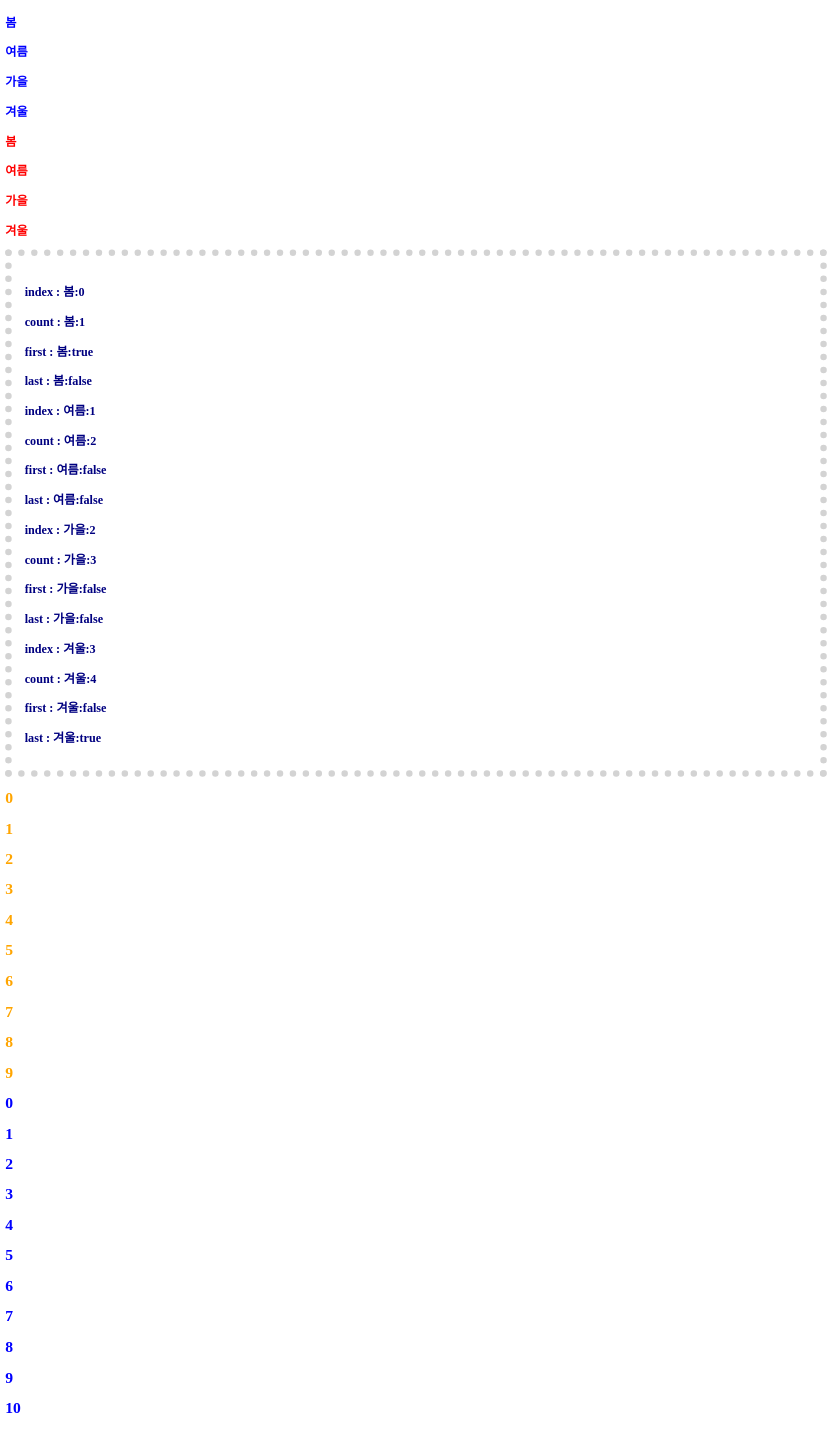
Repository: UnibusK/Java-Study
Page: http://localhost/JSP31/
These files come from the project's save history. The page is drawn as it stood at one moment and after the next save; the edit follows.
The browser window is 1280 px wide. The pictures show the whole page, at 65% of full size.
The page is served by Tomcat 9.

Above is the page before, as saved 2023-12-07 06:22:31.

### JSP/JSP31/src/main/webapp/index.jsp
<%@ page language="java" contentType="text/html; charset=UTF-8"
    pageEncoding="UTF-8"%>
<%@ taglib uri="http://java.sun.com/jsp/jstl/core" prefix="c" %>
<!DOCTYPE html>
<html>
	<head>
		<meta charset="UTF-8">
		<title>JSTL 반복문(for문)</title>
	</head>
	<body>
		<%
			String[] season={"봄", "여름", "가을", "겨울"};
			//일반 for문 방식
			for(int i=0; i<season.length; i++){
				out.print("<h3 style='color:blue';>"+season[i]+"</h3>");
			}

			//향상된 for문(improved for)
			for(String str:season){
				%><h3 style='color:red;'><%=str %></h3><%
			}
			pageContext.setAttribute("arr",season);
		%>
		<!-- varStatus : JSTL forEach가 가동되는 동안 var 변수의 상태를 저장해둔 객체 -->
		<!-- varStatue.index : 0번부터 length-1까지 존재하는 고유 번호 배열번호-->
		<!-- varStatue.count : 반복 횟수를 알려주는 필드, 1부터 시작 -->
		<!-- varStatue.first : 최초의 데이터 인지를 판별, 값은 boolean을 가지고 있음 -->
		<!-- varStatue.last : 최후의 데이터 인지를 판별, 값은 boolean을 갖고 있음 -->
		<c:forEach var="str" items="${arr }" varStatus="iter">
			<c:if test="${iter.first }">
				<div style="border:10px dotted lightgray; padding:20px;">
			</c:if>
			<!-- index -->
			<h3 style='color:navy;'>index : ${str }:${iter.index }</h3>
			<!-- count -->
			<h3 style='color:navy;'>count : ${str }:${iter.count }</h3>
			<!-- first -->
			<h3 style='color:navy;'>first : ${str }:${iter.first }</h3>
			<!-- last -->
			<h3 style='color:navy;'>last : ${str }:${iter.last }</h3>
			<c:if test="${iter.last }">
				</div>
			</c:if>
		</c:forEach>

		<%
			for(int i=0; i<10; i++){
				out.print("<H2 style='color:orange'>"+i+"</h2>");
			}
		%>
		<c:forEach var="i" begin="0" end="10">
			<h2 style='color:blue;'>${i }</h2>
		</c:forEach>
	</body>
</html>

After the next save:
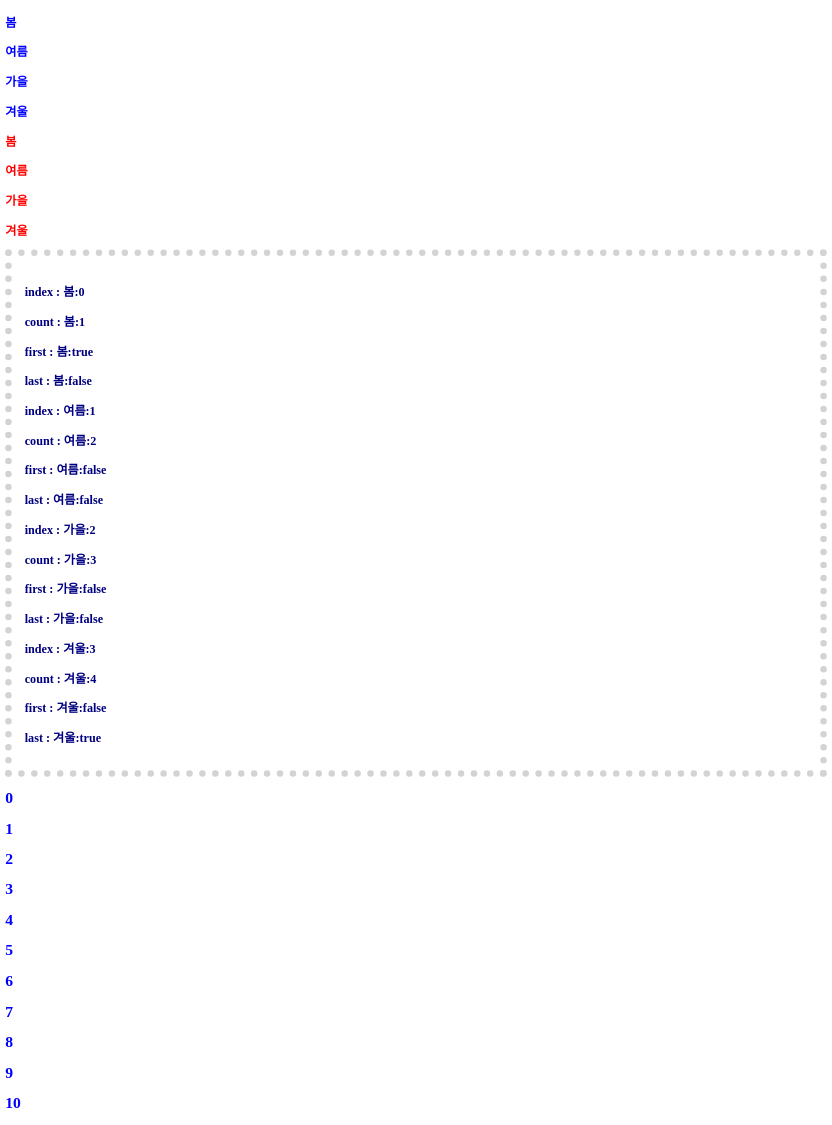
Saved 35 s later.
--- a/JSP/JSP31/src/main/webapp/index.jsp
+++ b/JSP/JSP31/src/main/webapp/index.jsp
@@ -44,9 +44,7 @@
 		</c:forEach>
 
 		<%
-			for(int i=0; i<10; i++){
-				out.print("<H2 style='color:orange'>"+i+"</h2>");
-			}
+
 		%>
 		<c:forEach var="i" begin="0" end="10">
 			<h2 style='color:blue;'>${i }</h2>

After the save that followed:
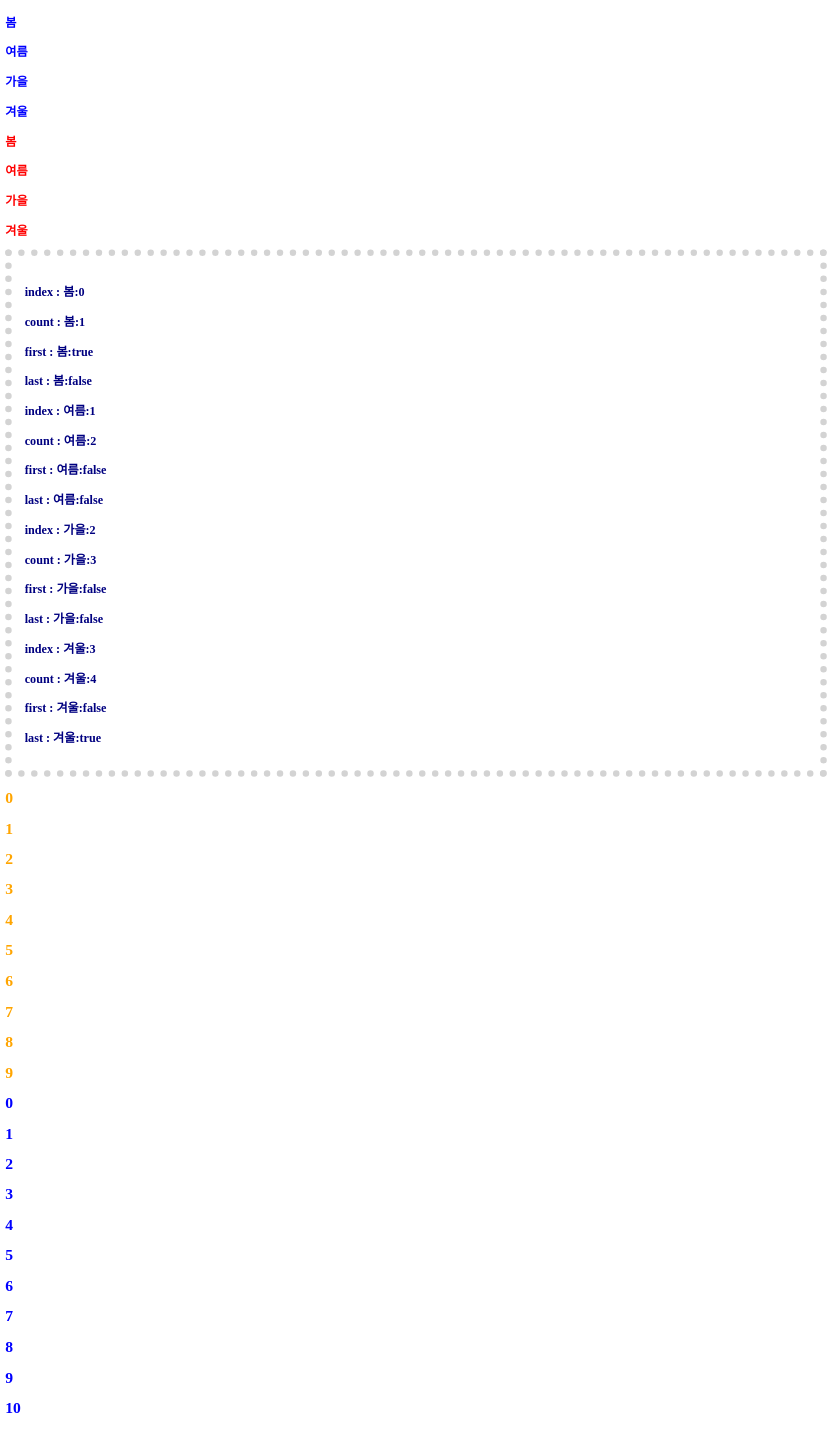
Saved 18 s later.
--- a/JSP/JSP31/src/main/webapp/index.jsp
+++ b/JSP/JSP31/src/main/webapp/index.jsp
@@ -44,7 +44,9 @@
 		</c:forEach>
 
 		<%
-
+			for(int i=0; i<10; i++){
+				out.print("<H2 style='color:orange'>"+i+"</h2>");
+			}
 		%>
 		<c:forEach var="i" begin="0" end="10">
 			<h2 style='color:blue;'>${i }</h2>
